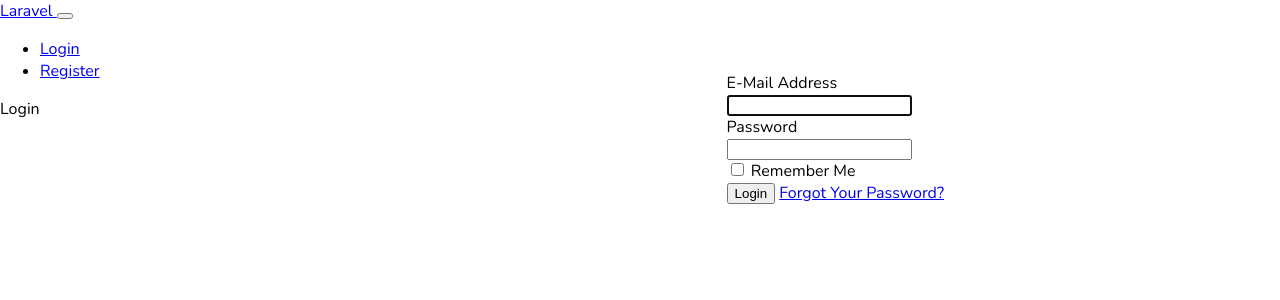
Repository: PatryxB/libraryBook
Page: http://localhost/login
The author's editor kept a copy of each file at every save. The page is drawn from the files as they stood at one save, then again after the next save.
The browser window is 1280 px wide. The pictures show the whole page.
The page is served by the project's Laravel application, run on PHP 8.4 with Laravel 8. Other server files are loaded and not shown. Style sheets and scripts are compiled from the project's sources, by tool versions that may differ from the author's.

Above is the page before, as saved 2020-05-14 13:42:18.

### routes/web.php
<?php

use Illuminate\Support\Facades\Route;

/*
|--------------------------------------------------------------------------
| Web Routes
|--------------------------------------------------------------------------
|
| Here is where you can register web routes for your application. These
| routes are loaded by the RouteServiceProvider within a group which
| contains the "web" middleware group. Now create something great!
|
*/

Route::get('/', function () {
    return view('welcome');
});

Auth::routes();

Route::get('/home', 'HomeController@index')->name('home');
Route::post('/l', 'HomeController@store');

### resources/sass/app.scss
// Fonts
@import url('https://fonts.googleapis.com/css?family=Nunito');

// Variables
@import 'variables';

html, body{
    margin: 0;
    padding: 0;
    box-sizing: border-box;
    font-family: 'Nunito';
}
.banner img{
    width: 100%;
    height: 100vh;
    position: relative;
    filter: brightness(70%);
}
.welcome-text{
    position: absolute;
    top: 7%;
    left: 18%;
    color: white;
    font-size: 60px;
}
form{
    position: absolute;
    top: 10%;
    right: 20%;
    background-color: white;
    padding: 80px;
    padding-top: 0;
    border-radius: 25px;

}

Loaded but not shown: app/Http/Controllers/Auth/LoginController.php (common file); app/Http/Controllers/Controller.php (common file); app/Http/Controllers/Auth/ConfirmPasswordController.php (common file); resources/views/auth/login.blade.php (common file); resources/views/layouts/app.blade.php (common file); resources/sass/_variables.scss (common file)

After the next save:
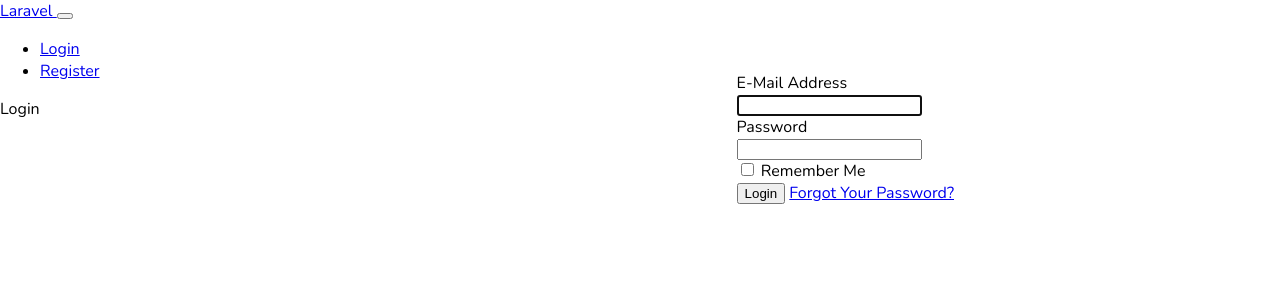
Saved 11 s later.
--- a/resources/sass/app.scss
+++ b/resources/sass/app.scss
@@ -28,7 +28,7 @@ form{
     top: 10%;
     right: 20%;
     background-color: white;
-    padding: 80px;
+    padding: 70px;
     padding-top: 0;
     border-radius: 25px;
 
